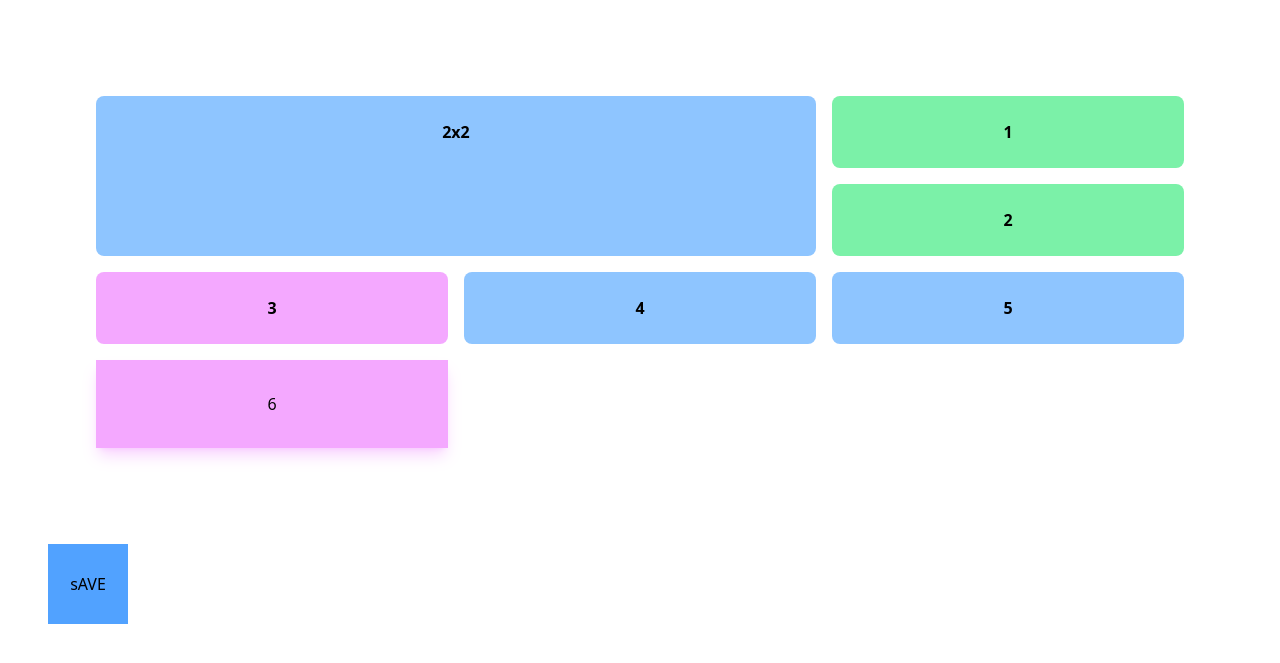
Repository: Abdulahi338/TailwindCss-exercise
Page: Exercise3/index.html
These files come from the project's save history. The page is drawn as it stood at one moment and after the next save; the edit follows.
The browser window is 1280 px wide. The pictures show the whole page.

Above is the page before, as saved 2025-08-12 17:57:12.

### Exercise3/index.html
<!DOCTYPE html>
<html lang="en">
<head>
    <meta charset="UTF-8">
    <meta name="viewport" content="width=device-width, initial-scale=1.0">
        <script src="https://cdn.jsdelivr.net/npm/@tailwindcss/browser@4"></script>

    <title>Exercise 2</title>
</head>
<body>

    <div class="grid grid-cols-3 grid-rwos-3 gap-4 m-24 text-center">
        <div class="bg-blue-300 p-6 font-bold col-span-2 row-span-2 rounded-lg"">2x2</div>
        <div class="bg-green-300 p-6 font-bold rounded-lg">1</div>
        <div class="bg-green-300 p-6 font-bold rounded-lg"">2</div>
        <div class="bg-fuchsia-300 p-6 font-bold rounded-lg"">3</div>
        <div class="bg-blue-300 p-6 font-bold rounded-lg"">4</div>
        <div class="bg-blue-300 p-6 font-bold rounded-lg"">5</div>
        <div class="bg-fuchsia-300 p-8 font-med shadow-lg shadow-fuchsia-300/50">6</div>

    </div>
            <button class="ml-12 w-[80px] h-[80px] bg-blue-400">sAVE</button>



</body>
</html>

After the next save:
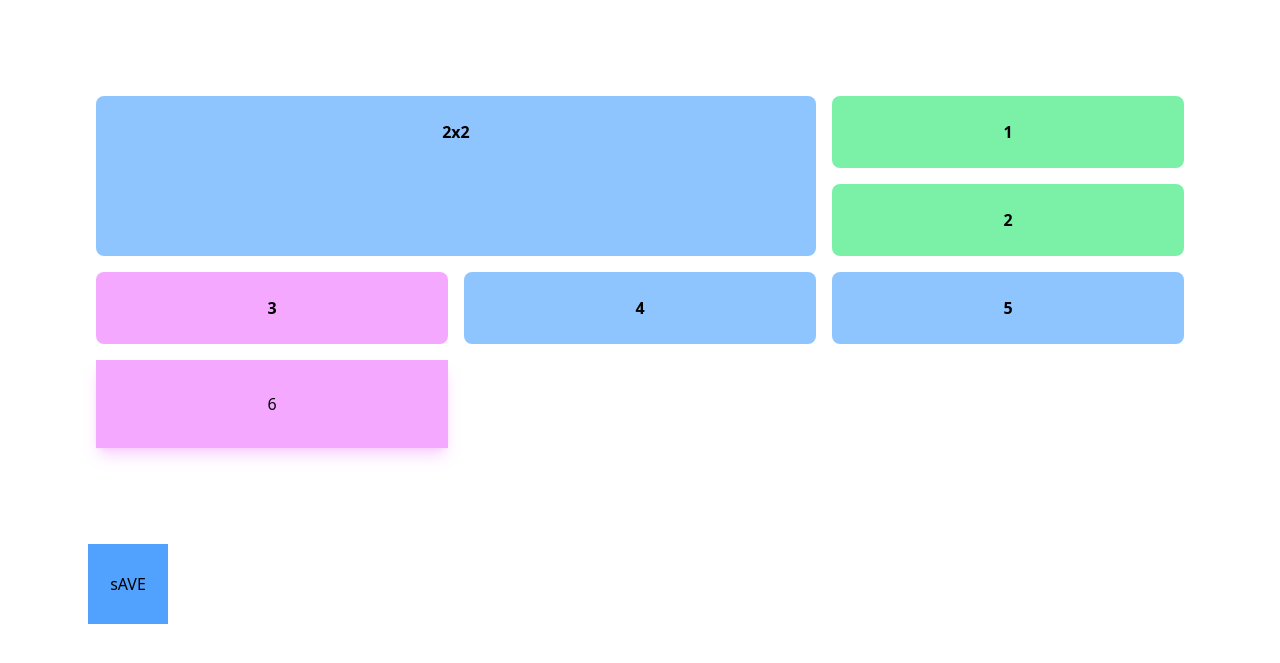
Saved 8 s later.
--- a/Exercise3/index.html
+++ b/Exercise3/index.html
@@ -19,7 +19,7 @@
         <div class="bg-fuchsia-300 p-8 font-med shadow-lg shadow-fuchsia-300/50">6</div>
 
     </div>
-            <button class="ml-12 w-[80px] h-[80px] bg-blue-400">sAVE</button>
+            <button class="ml-22 w-[80px] h-[80px] bg-blue-400">sAVE</button>
 
 
 
